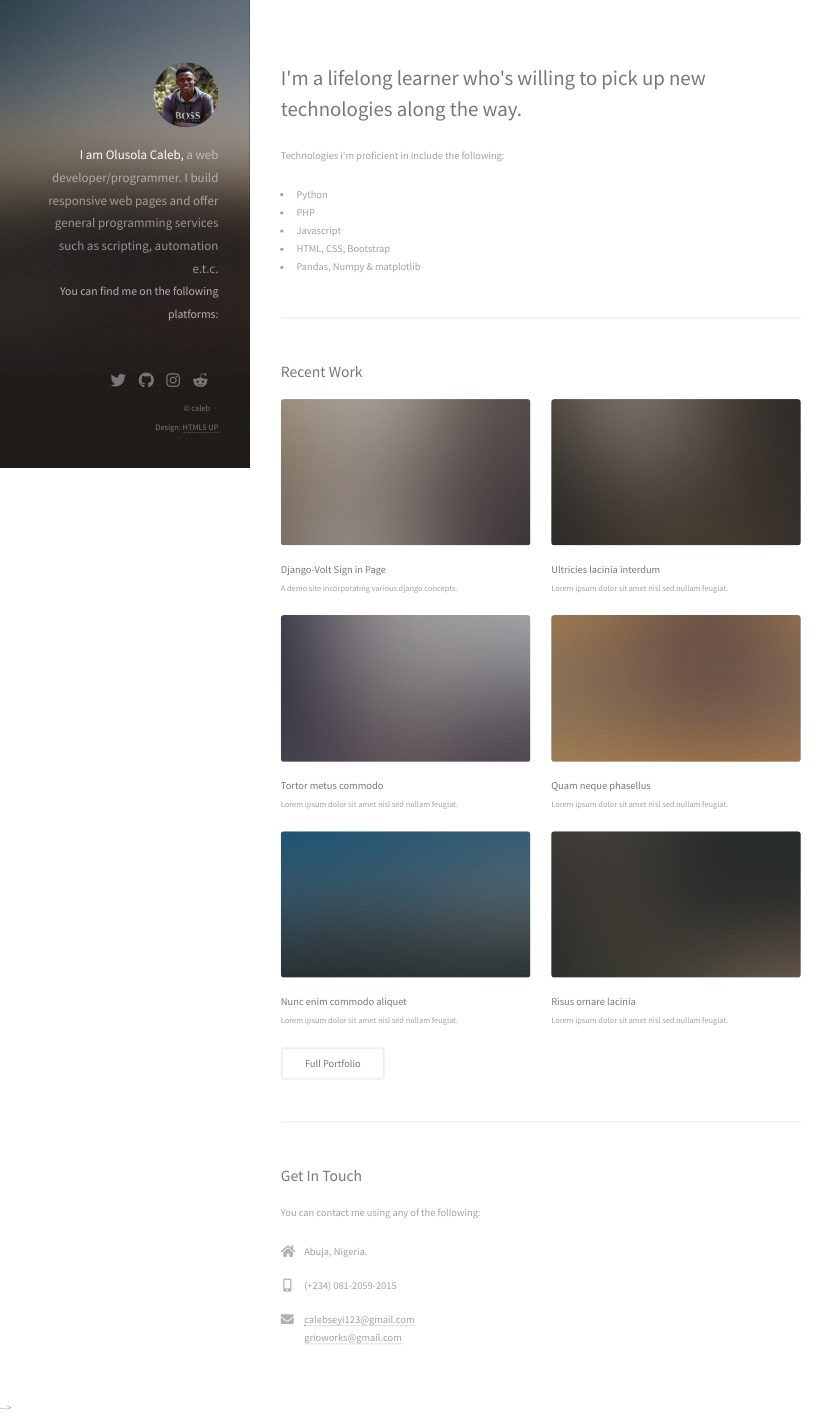
Repository: Caleb40/Caleb40.github.io
Page: index.html
These files come from the project's save history. The page is drawn as it stood at one moment and after a run of saves; the edit follows.
The browser window is 1280 px wide. The pictures show the whole page, at 65% of full size.

Above is the page before, as saved 2022-07-12 18:53:10.

### index.html
<!DOCTYPE HTML>
<html lang="en">

<head>
	<title>Olusola Caleb O.</title>
	<meta charset="utf-8" />
	<meta name="viewport" content="width=device-width, initial-scale=1, user-scalable=no" />
	<link rel="stylesheet" href="assets/css/main.css" />
</head>

<body class="is-preload">

	<!-- Header -->
	<header id="header">
		<div class="inner">
			<a href="#" class="image avatar"><img src="images/Photo_1607349133627.jpg" alt="profile" height="100px" width="100px" /></a>
			<h1 id="desc"><strong>I am Olusola Caleb,</strong><br> a web developer/programmer.<br />
				I build responsive web pages and offer general programming services such as scripting, automation e.t.c.
				<p id="findme">You can find me on <br> the following platforms:</p>
			</h1>

		</div>
	</header>

	<!-- Main -->
	<div id="main">

		<!-- One -->
		<section id="one">
			<header class="major">
				<h2>I'm a lifelong learner who's willing to pick up new technologies along the way.</h2>
			</header>
			<p>Technologies i'm proficient in include the following: </p>
			<ul>
				<li>Python</li>
				<li>PHP</li>
				<li>Javascript</li>
				<li>HTML, CSS, Bootstrap</li>
				<li>Pandas, Numpy & matplotlib</li>
			</ul>
			<!-- <ul class="actions">
				<li><a href="#" class="button">Learn More</a></li>
			</ul> -->
		</section>

		<!-- Two -->
		<section id="two">
			<h2>Recent Work</h2>
			<div class="row">
				<article class="col-6 col-12-xsmall work-item">
					<a href="images/portfolio/20220712_184121.png" class="image fit thumb"><img src="images/thumbs/01.jpg" alt="" /></a>
					<h3>Django-Volt Sign in Page</h3>
					<p>A demo site incorporating various django concepts.</p>
				</article>
				<article class="col-6 col-12-xsmall work-item">
					<a href="images/fulls/02.jpg" class="image fit thumb"><img src="images/thumbs/02.jpg" alt="" /></a>
					<h3>Ultricies lacinia interdum</h3>
					<p>Lorem ipsum dolor sit amet nisl sed nullam feugiat.</p>
				</article>
				<article class="col-6 col-12-xsmall work-item">
					<a href="images/fulls/03.jpg" class="image fit thumb"><img src="images/thumbs/03.jpg" alt="" /></a>
					<h3>Tortor metus commodo</h3>
					<p>Lorem ipsum dolor sit amet nisl sed nullam feugiat.</p>
				</article>
				<article class="col-6 col-12-xsmall work-item">
					<a href="images/fulls/04.jpg" class="image fit thumb"><img src="images/thumbs/04.jpg" alt="" /></a>
					<h3>Quam neque phasellus</h3>
					<p>Lorem ipsum dolor sit amet nisl sed nullam feugiat.</p>
				</article>
				<article class="col-6 col-12-xsmall work-item">
					<a href="images/fulls/05.jpg" class="image fit thumb"><img src="images/thumbs/05.jpg" alt="" /></a>
					<h3>Nunc enim commodo aliquet</h3>
					<p>Lorem ipsum dolor sit amet nisl sed nullam feugiat.</p>
				</article>
				<article class="col-6 col-12-xsmall work-item">
					<a href="images/fulls/06.jpg" class="image fit thumb"><img src="images/thumbs/06.jpg" alt="" /></a>
					<h3>Risus ornare lacinia</h3>
					<p>Lorem ipsum dolor sit amet nisl sed nullam feugiat.</p>
				</article>
			</div>
			<ul class="actions">
				<li><a href="#" class="button">Full Portfolio</a></li>
			</ul>
		</section>

		<!-- Three -->
		<section id="three">
			<h2>Get In Touch</h2>
			<p>You can contact me using any of the following:</p>
			<div class="row">
				<!-- <div class="col-8 col-12-small">
					<form method="post" action="#">
						<div class="row gtr-uniform gtr-50">
							<div class="col-6 col-12-xsmall"><input type="text" name="name" id="name"
									placeholder="Name" /></div>
							<div class="col-6 col-12-xsmall"><input type="email" name="email" id="email"
									placeholder="Email" /></div>
							<div class="col-12"><textarea name="message" id="message" placeholder="Message"
									rows="4"></textarea></div>
						</div>
					</form>
					<ul class="actions">
						<li><input type="submit" value="Send Message" /></li>
					</ul>

				</div> -->
				<div class="col-4 col-12-small">
					<ul class="labeled-icons">
						<li>
							<h3 class="icon solid fa-home"><span class="label">Address</span></h3>
							Abuja,
							Nigeria.<br>
						</li>
						<li>
							<h3 class="icon solid fa-mobile-alt"><span class="label">Phone</span></h3>
						(+234) 081-2059-2015
						</li>
						<li>
							<h3 class="icon solid fa-envelope"><span class="label">Email</span></h3>
							<a href="">calebseyi123@gmail.com <br> grioworks@gmail.com</a>
						</li>
					</ul>
				</div>
			</div>
		</section>

		<!-- Four -->

					<!-- <section id="four">
						<h2>Elements</h2>

						<section>
							<h4>Text</h4>
							<p>This is <b>bold</b> and this is <strong>strong</strong>. This is <i>italic</i> and this is <em>emphasized</em>.
							This is <sup>superscript</sup> text and this is <sub>subscript</sub> text.
							This is <u>underlined</u> and this is code: <code>for (;;) { ... }</code>. Finally, <a href="#">this is a link</a>.</p>
							<hr />
							<header>
								<h4>Heading with a Subtitle</h4>
								<p>Lorem ipsum dolor sit amet nullam id egestas urna aliquam</p>
							</header>
							<p>Nunc lacinia ante nunc ac lobortis. Interdum adipiscing gravida odio porttitor sem non mi integer non faucibus ornare mi ut ante amet placerat aliquet. Volutpat eu sed ante lacinia sapien lorem accumsan varius montes viverra nibh in adipiscing blandit tempus accumsan.</p>
							<header>
								<h5>Heading with a Subtitle</h5>
								<p>Lorem ipsum dolor sit amet nullam id egestas urna aliquam</p>
							</header>
							<p>Nunc lacinia ante nunc ac lobortis. Interdum adipiscing gravida odio porttitor sem non mi integer non faucibus ornare mi ut ante amet placerat aliquet. Volutpat eu sed ante lacinia sapien lorem accumsan varius montes viverra nibh in adipiscing blandit tempus accumsan.</p>
							<hr />
							<h2>Heading Level 2</h2>
							<h3>Heading Level 3</h3>
							<h4>Heading Level 4</h4>
							<h5>Heading Level 5</h5>
							<h6>Heading Level 6</h6>
							<hr />
							<h5>Blockquote</h5>
							<blockquote>Fringilla nisl. Donec accumsan interdum nisi, quis tincidunt felis sagittis eget tempus euismod. Vestibulum ante ipsum primis in faucibus vestibulum. Blandit adipiscing eu felis iaculis volutpat ac adipiscing accumsan faucibus. Vestibulum ante ipsum primis in faucibus lorem ipsum dolor sit amet nullam adipiscing eu felis.</blockquote>
							<h5>Preformatted</h5>
							<pre><code>i = 0;

while (!deck.isInOrder()) {
print 'Iteration ' + i;
deck.shuffle();
i++;
}

print 'It took ' + i + ' iterations to sort the deck.';</code></pre>
						</section>

						<section>
							<h4>Lists</h4>
							<div class="row">
								<div class="col-6 col-12-xsmall">
									<h5>Unordered</h5>
									<ul>
										<li>Dolor pulvinar etiam magna etiam.</li>
										<li>Sagittis adipiscing lorem eleifend.</li>
										<li>Felis enim feugiat dolore viverra.</li>
									</ul>
									<h5>Alternate</h5>
									<ul class="alt">
										<li>Dolor pulvinar etiam magna etiam.</li>
										<li>Sagittis adipiscing lorem eleifend.</li>
										<li>Felis enim feugiat dolore viverra.</li>
									</ul>
								</div>
								<div class="col-6 col-12-xsmall">
									<h5>Ordered</h5>
									<ol>
										<li>Dolor pulvinar etiam magna etiam.</li>
										<li>Etiam vel felis at lorem sed viverra.</li>
										<li>Felis enim feugiat dolore viverra.</li>
										<li>Dolor pulvinar etiam magna etiam.</li>
										<li>Etiam vel felis at lorem sed viverra.</li>
										<li>Felis enim feugiat dolore viverra.</li>
									</ol>
									<h5>Icons</h5>
									<ul class="icons">
										<li><a href="#" class="icon brands fa-twitter"><span class="label">Twitter</span></a></li>
										<li><a href="#" class="icon brands fa-facebook-f"><span class="label">Facebook</span></a></li>
										<li><a href="#" class="icon brands fa-instagram"><span class="label">Instagram</span></a></li>
										<li><a href="#" class="icon brands fa-github"><span class="label">Github</span></a></li>
										<li><a href="#" class="icon brands fa-dribbble"><span class="label">Dribbble</span></a></li>
										<li><a href="#" class="icon brands fa-tumblr"><span class="label">Tumblr</span></a></li>
									</ul>
								</div>
							</div>
							<h5>Actions</h5>
							<ul class="actions">
								<li><a href="#" class="button primary">Default</a></li>
								<li><a href="#" class="button">Default</a></li>
							</ul>
							<ul class="actions small">
								<li><a href="#" class="button primary small">Small</a></li>
								<li><a href="#" class="button small">Small</a></li>
							</ul>
							<div class="row">
								<div class="col-6 col-12-small">
									<ul class="actions stacked">
										<li><a href="#" class="button primary">Default</a></li>
										<li><a href="#" class="button">Default</a></li>
									</ul>
								</div>
								<div class="col-6 col-12-small">
									<ul class="actions stacked">
										<li><a href="#" class="button primary small">Small</a></li>
										<li><a href="#" class="button small">Small</a></li>
									</ul>
								</div>
								<div class="col-6 col-12-small">
									<ul class="actions stacked">
										<li><a href="#" class="button primary fit">Default</a></li>
										<li><a href="#" class="button fit">Default</a></li>
									</ul>
								</div>
								<div class="col-6 col-12-small">
									<ul class="actions stacked">
										<li><a href="#" class="button primary small fit">Small</a></li>
										<li><a href="#" class="button small fit">Small</a></li>
									</ul>
								</div>
							</div>
						</section>

						<section>
							<h4>Table</h4>
							<h5>Default</h5>
							<div class="table-wrapper">
								<table>
									<thead>
										<tr>
											<th>Name</th>
											<th>Description</th>
											<th>Price</th>
										</tr>
									</thead>
									<tbody>
										<tr>
											<td>Item One</td>
											<td>Ante turpis integer aliquet porttitor.</td>
											<td>29.99</td>
										</tr>
										<tr>
											<td>Item Two</td>
											<td>Vis ac commodo adipiscing arcu aliquet.</td>
											<td>19.99</td>
										</tr>
										<tr>
											<td>Item Three</td>
											<td> Morbi faucibus arcu accumsan lorem.</td>
											<td>29.99</td>
										</tr>
										<tr>
											<td>Item Four</td>
											<td>Vitae integer tempus condimentum.</td>
											<td>19.99</td>
										</tr>
										<tr>
											<td>Item Five</td>
											<td>Ante turpis integer aliquet porttitor.</td>
											<td>29.99</td>
										</tr>
									</tbody>
									<tfoot>
										<tr>
											<td colspan="2"></td>
											<td>100.00</td>
										</tr>
									</tfoot>
								</table>
							</div>

							<h5>Alternate</h5>
							<div class="table-wrapper">
								<table class="alt">
									<thead>
										<tr>
											<th>Name</th>
											<th>Description</th>
											<th>Price</th>
										</tr>
									</thead>
									<tbody>
										<tr>
											<td>Item One</td>
											<td>Ante turpis integer aliquet porttitor.</td>
											<td>29.99</td>
										</tr>
										<tr>
											<td>Item Two</td>
											<td>Vis ac commodo adipiscing arcu aliquet.</td>
											<td>19.99</td>
										</tr>
										<tr>
											<td>Item Three</td>
											<td> Morbi faucibus arcu accumsan lorem.</td>
											<td>29.99</td>
										</tr>
										<tr>
											<td>Item Four</td>
											<td>Vitae integer tempus condimentum.</td>
											<td>19.99</td>
										</tr>
										<tr>
											<td>Item Five</td>
											<td>Ante turpis integer aliquet porttitor.</td>
											<td>29.99</td>
										</tr>
									</tbody>
									<tfoot>
										<tr>
											<td colspan="2"></td>
											<td>100.00</td>
										</tr>
									</tfoot>
								</table>
							</div>
						</section>

						<section>
							<h4>Buttons</h4>
							<ul class="actions">
								<li><a href="#" class="button primary">Primary</a></li>
								<li><a href="#" class="button">Default</a></li>
							</ul>
							<ul class="actions">
								<li><a href="#" class="button large">Large</a></li>
								<li><a href="#" class="button">Default</a></li>
								<li><a href="#" class="button small">Small</a></li>
							</ul>
							<ul class="actions fit">
								<li><a href="#" class="button primary fit">Fit</a></li>
								<li><a href="#" class="button fit">Fit</a></li>
							</ul>
							<ul class="actions fit small">
								<li><a href="#" class="button primary fit small">Fit + Small</a></li>
								<li><a href="#" class="button fit small">Fit + Small</a></li>
							</ul>
							<ul class="actions">
								<li><a href="#" class="button primary icon solid fa-download">Icon</a></li>
								<li><a href="#" class="button icon solid fa-download">Icon</a></li>
							</ul>
							<ul class="actions">
								<li><span class="button primary disabled">Primary</span></li>
								<li><span class="button disabled">Default</span></li>
							</ul>
						</section>

						<section>
							<h4>Form</h4>
							<form method="post" action="#">
								<div class="row gtr-uniform gtr-50">
									<div class="col-6 col-12-xsmall">
										<input type="text" name="demo-name" id="demo-name" value="" placeholder="Name" />
									</div>
									<div class="col-6 col-12-xsmall">
										<input type="email" name="demo-email" id="demo-email" value="" placeholder="Email" />
									</div>
									<div class="col-12">
										<select name="demo-category" id="demo-category">
											<option value="">- Category -</option>
											<option value="1">Manufacturing</option>
											<option value="1">Shipping</option>
											<option value="1">Administration</option>
											<option value="1">Human Resources</option>
										</select>
									</div>
									<div class="col-4 col-12-small">
										<input type="radio" id="demo-priority-low" name="demo-priority" checked>
										<label for="demo-priority-low">Low Priority</label>
									</div>
									<div class="col-4 col-12-small">
										<input type="radio" id="demo-priority-normal" name="demo-priority">
										<label for="demo-priority-normal">Normal Priority</label>
									</div>
									<div class="col-4 col-12-small">
										<input type="radio" id="demo-priority-high" name="demo-priority">
										<label for="demo-priority-high">High Priority</label>
									</div>
									<div class="col-6 col-12-small">
										<input type="checkbox" id="demo-copy" name="demo-copy">
										<label for="demo-copy">Email me a copy of this message</label>
									</div>
									<div class="col-6 col-12-small">
										<input type="checkbox" id="demo-human" name="demo-human" checked>
										<label for="demo-human">I am a human and not a robot</label>
									</div>
									<div class="col-12">
										<textarea name="demo-message" id="demo-message" placeholder="Enter your message" rows="6"></textarea>
									</div>
									<div class="col-12">
										<ul class="actions">
											<li><input type="submit" value="Send Message" class="primary" /></li>
											<li><input type="reset" value="Reset" /></li>
										</ul>
									</div>
								</div>
							</form>
						</section>

						<section>
							<h4>Image</h4>
							<h5>Fit</h5>
							<div class="box alt">
								<div class="row gtr-50 gtr-uniform">
									<div class="col-12"><span class="image fit"><img src="images/fulls/05.jpg" alt="" /></span></div>
									<div class="col-4"><span class="image fit"><img src="images/thumbs/01.jpg" alt="" /></span></div>
									<div class="col-4"><span class="image fit"><img src="images/thumbs/02.jpg" alt="" /></span></div>
									<div class="col-4"><span class="image fit"><img src="images/thumbs/03.jpg" alt="" /></span></div>
									<div class="col-4"><span class="image fit"><img src="images/thumbs/04.jpg" alt="" /></span></div>
									<div class="col-4"><span class="image fit"><img src="images/thumbs/05.jpg" alt="" /></span></div>
									<div class="col-4"><span class="image fit"><img src="images/thumbs/06.jpg" alt="" /></span></div>
									<div class="col-4"><span class="image fit"><img src="images/thumbs/03.jpg" alt="" /></span></div>
									<div class="col-4"><span class="image fit"><img src="images/thumbs/02.jpg" alt="" /></span></div>
									<div class="col-4"><span class="image fit"><img src="images/thumbs/01.jpg" alt="" /></span></div>
								</div>
							</div>
							<h5>Left &amp; Right</h5>
							<p><span class="image left"><img src="images/avatar.jpg" alt="" /></span>Fringilla nisl. Donec accumsan interdum nisi, quis tincidunt felis sagittis eget. tempus euismod. Vestibulum ante ipsum primis in faucibus vestibulum. Blandit adipiscing eu felis iaculis volutpat ac adipiscing accumsan eu faucibus. Integer ac pellentesque praesent tincidunt felis sagittis eget. tempus euismod. Vestibulum ante ipsum primis in faucibus vestibulum. Blandit adipiscing eu felis iaculis volutpat ac adipiscing accumsan eu faucibus. Integer ac pellentesque praesent. Donec accumsan interdum nisi, quis tincidunt felis sagittis eget. tempus euismod. Vestibulum ante ipsum primis in faucibus vestibulum. Blandit adipiscing eu felis iaculis volutpat ac adipiscing accumsan eu faucibus. Integer ac pellentesque praesent tincidunt felis sagittis eget. tempus euismod. Vestibulum ante ipsum primis in faucibus vestibulum. Blandit adipiscing eu felis iaculis volutpat ac adipiscing accumsan eu faucibus. Integer ac pellentesque praesent.</p>
							<p><span class="image right"><img src="images/avatar.jpg" alt="" /></span>Fringilla nisl. Donec accumsan interdum nisi, quis tincidunt felis sagittis eget. tempus euismod. Vestibulum ante ipsum primis in faucibus vestibulum. Blandit adipiscing eu felis iaculis volutpat ac adipiscing accumsan eu faucibus. Integer ac pellentesque praesent tincidunt felis sagittis eget. tempus euismod. Vestibulum ante ipsum primis in faucibus vestibulum. Blandit adipiscing eu felis iaculis volutpat ac adipiscing accumsan eu faucibus. Integer ac pellentesque praesent. Donec accumsan interdum nisi, quis tincidunt felis sagittis eget. tempus euismod. Vestibulum ante ipsum primis in faucibus vestibulum. Blandit adipiscing eu felis iaculis volutpat ac adipiscing accumsan eu faucibus. Integer ac pellentesque praesent tincidunt felis sagittis eget. tempus euismod. Vestibulum ante ipsum primis in faucibus vestibulum. Blandit adipiscing eu felis iaculis volutpat ac adipiscing accumsan eu faucibus. Integer ac pellentesque praesent.</p>
						</section>

					</section>
				-->

	</div> -->

	<!-- Footer -->
	<footer id="footer">
		<div class="inner">
			<!-- <p id="phone">Contact: 08120592015</p>
			<p id="email">E-mail: calebseyi123@gmail.com</p> -->
			<ul class="icons">
				<li><a href="https://twitter.com/caleb_mnb" class="icon brands fa-twitter"><span
							class="label">Twitter</span></a></li>
				<li><a href="https://github.com/Caleb40" class="icon brands fa-github"><span
							class="label">Github</span></a></li>
				<li><a href="https://www.instagram.com/itz_calebking/" class="icon brands fa-instagram"><span
							class="label">Instagram</span></a></li>
				<li><a href="https://www.reddit.com/user/caleb_king" class="icon brands fa-reddit-alien"><span
							class="label">Reddit</span></a></li>
				<ul class="copyright">
					<li>&copy; caleb</li>
					<li>Design: <a href="http://html5up.net">HTML5 UP</a></li>
				</ul>

			</ul>
		</div>
	</footer>

	<!-- Scripts -->
	<script src="assets/js/jquery.min.js"></script>
	<script src="assets/js/jquery.poptrox.min.js"></script>
	<script src="assets/js/browser.min.js"></script>
	<script src="assets/js/breakpoints.min.js"></script>
	<script src="assets/js/util.js"></script>
	<script src="assets/js/main.js"></script>

</body>

</html>

Loaded but not shown: assets/css/fontawesome-all.min.css (library); assets/js/jquery.min.js (library); assets/js/jquery.poptrox.min.js (library); assets/js/browser.min.js (common file); assets/js/breakpoints.min.js (common file); assets/js/util.js (587 lines, source omitted); assets/js/main.js (117 lines, source omitted); assets/css/main.css (3241 lines, source omitted)

After the next 2 saves:
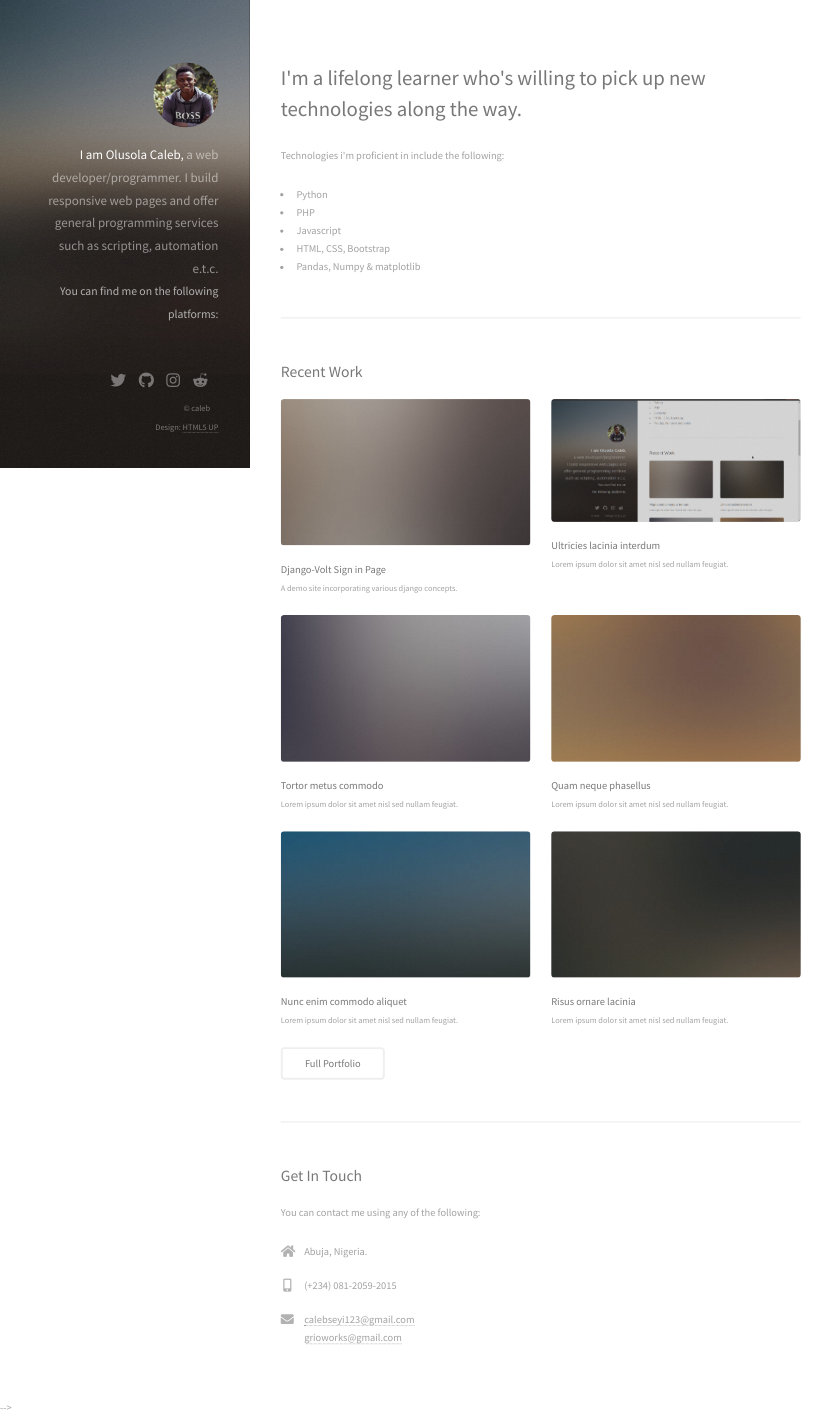
The 2 saves are shown as one change because they came seconds apart.
The last was saved 14 s later.
--- a/index.html
+++ b/index.html
@@ -53,7 +53,7 @@
 					<p>A demo site incorporating various django concepts.</p>
 				</article>
 				<article class="col-6 col-12-xsmall work-item">
-					<a href="images/fulls/02.jpg" class="image fit thumb"><img src="images/thumbs/02.jpg" alt="" /></a>
+					<a href="images/fulls/02.jpg" class="image fit thumb"><img src="images/portfolio/20220712_184135.png" alt="" /></a>
 					<h3>Ultricies lacinia interdum</h3>
 					<p>Lorem ipsum dolor sit amet nisl sed nullam feugiat.</p>
 				</article>
